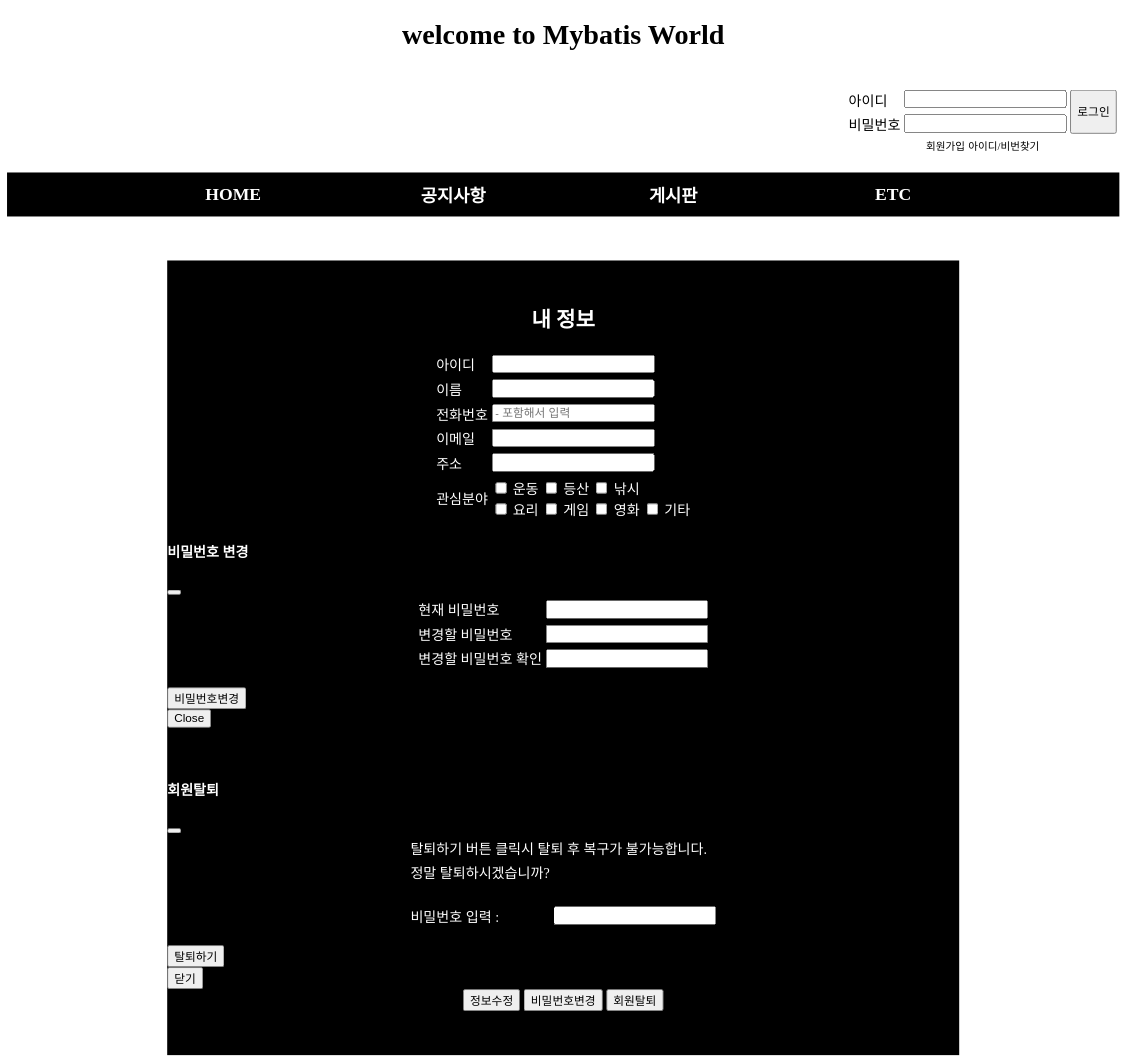
Repository: jchxnee/Juchan
Page: http://localhost/mybatisProject/views/member/myPage.jsp
An editor plug-in stored every save of this project. The page is shown before and after the next save, followed by the edit.
The browser window is 1280 px wide. The pictures show the whole page, at 88% of full size.
The page is served by Tomcat 10.

Above is the page before, as saved 2025-03-06 05:50:02.

After the next save:
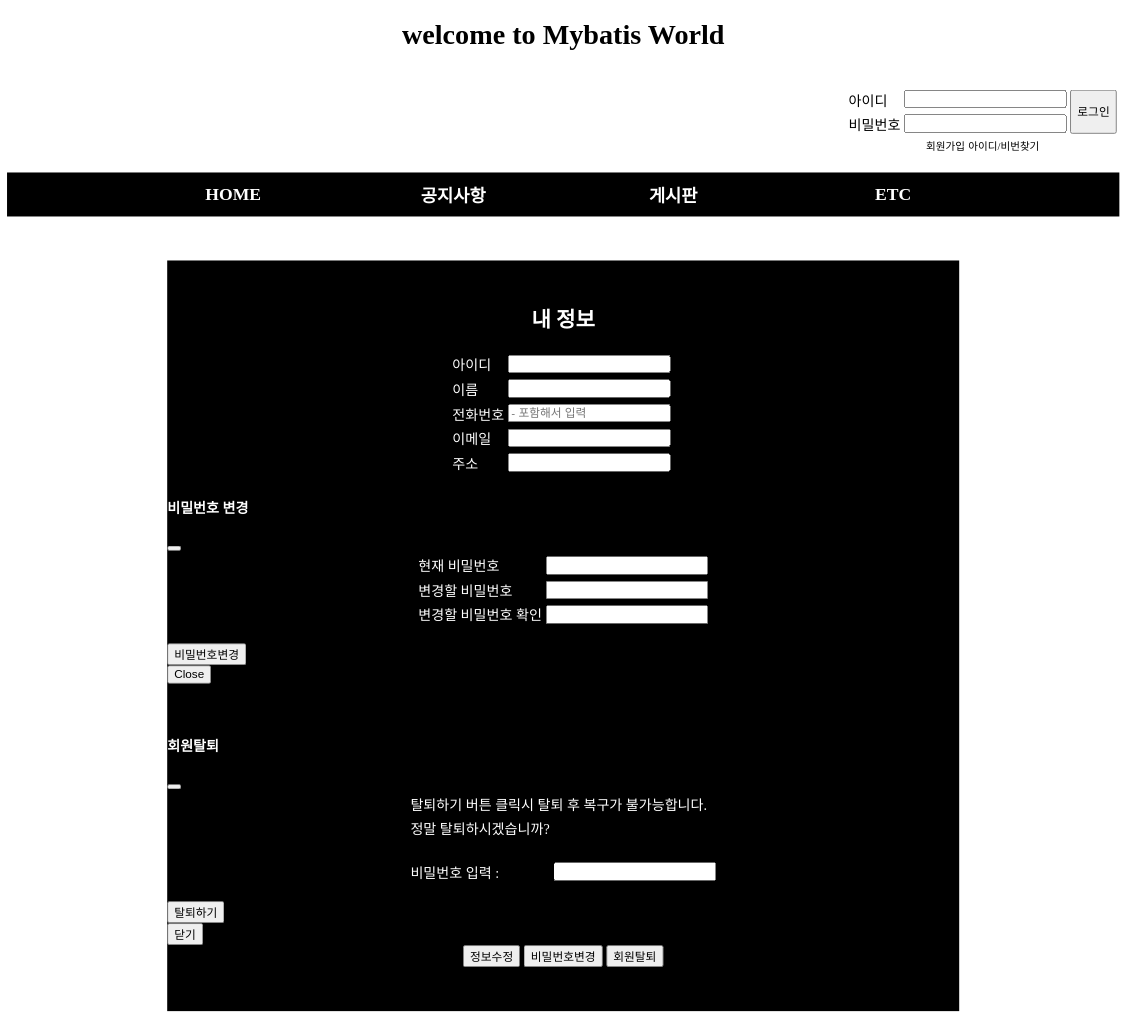
Saved 101 s later.
--- a/08_MyBatis/mybatisProject/src/main/webapp/views/member/myPage.jsp
+++ b/08_MyBatis/mybatisProject/src/main/webapp/views/member/myPage.jsp
@@ -65,22 +65,7 @@
                <td></td>
             </tr>
             <tr>
-               <td>관심분야</td>
-               <td colspan="2"><label> <input type="checkbox"
-                     name="interest" value="운동"> 운동
-               </label> <label> <input type="checkbox" name="interest" value="등산">
-                     등산
-               </label> <label> <input type="checkbox" name="interest" value="낚시">
-                     낚시
-               </label> <br> <label> <input type="checkbox" name="interest"
-                     value="요리"> 요리
-               </label> <label> <input type="checkbox" name="interest" value="게임">
-                     게임
-               </label> <label> <input type="checkbox" name="interest" value="영화">
-                     영화
-               </label> <label> <input type="checkbox" name="interest" value="기타">
-                     기타
-               </label></td>
+
             </tr>
          </table>
          </form>
